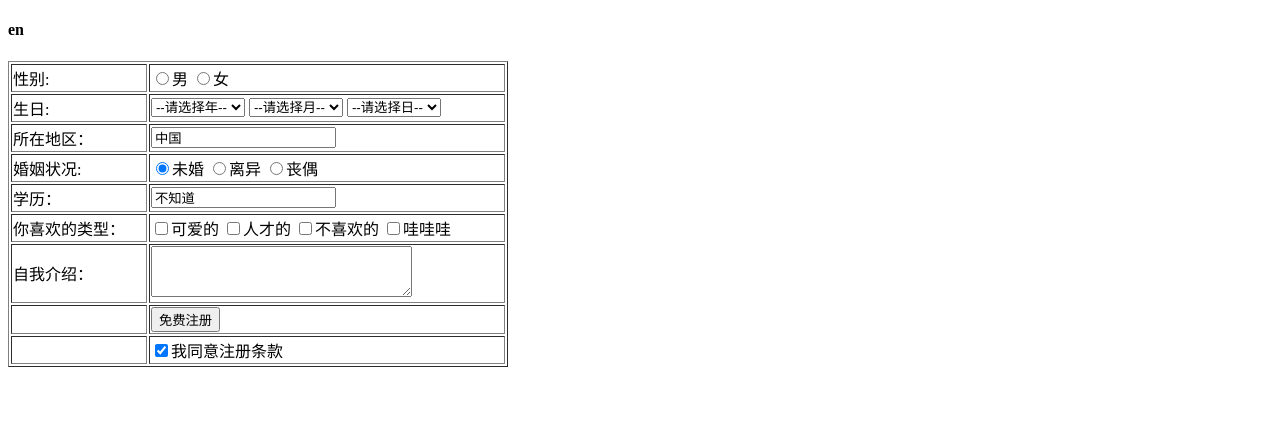
Repository: Qwenicq/My_project
Page: html/HTML_learning/exampl.html
An editor plug-in stored every save of this project. The page is shown before and after the next save, followed by the edit.
The browser window is 1280 px wide. The pictures show the whole page.

Above is the page before, as saved 2023-03-29 22:03:41.

### html/HTML_learning/exampl.html
<!DOCTYPE html>
<html lang="zh-CN">
<head>
    <meta charset="UTF-8">
    <meta http-equiv="X-UA-Compatible" content="IE=edge">
    <meta name="viewport" content="width=device-width, initial-scale=1.0">
    <title>Document</title>
</head>
<body>
    <h4>en</h4>
    <table width="500" border="1">
        <tr>
            <td>性别:</td>
            <td>
                <input type="radio" name="sex" id="man"><label for="man">男</label>
                <input type="radio" name="sex" id="woman"><label for="woman">女</labelfor>
            </td>
        </tr>
        <tr>
            <td>生日:</td>
            <td>
                <select name="" id="">
                    <option value="">--请选择年--</option>
                    <option value="">2001</option>
                    <option value="">2002</option>
                    <option value="">2003</option>
                    <option value="">2004</option>
                </select>
                <select name="" id="">
                    <option value="">--请选择月--</option>
                    <option value="">1</option>
                    <option value="">2</option>
                    <option value="">3</option>
                    <option value="">4</option>
                    <option value="">5</option>
                    <option value="">6</option>
                    <option value="">7</option>
                    <option value="">8</option>
                </select>
                <select name="" id="">
                    <option value="">--请选择日--</option>
                    <option value="">1</option>
                    <option value="">2</option>
                    <option value="">3</option>
                    <option value="">4</option>
                    <option value="">5</option>
                    <option value="">6</option>
                    <option value="">7</option>
                    <option value="">8</option>
                </select>
            </td>
        </tr>
        <tr>
            <td>所在地区：</td>
            <td><input type="text" value="中国"></td>
        </tr>
        <tr>
            <td>婚姻状况:</td>
            <td>
                <input type="radio" name="marry" id="weihun" checked><label for="weihun">未婚</label>
                <input type="radio" name="marry" id="liyi"><label for="liyi">离异</labelfor>
                <input type="radio" name="marry" id="sangou"><label for="sangou">丧偶</labelfor>
            </td>
        </tr>
        <tr>
            <td>学历：</td>
            <td><input type="text" value="不知道"></td>
        </tr>
        <tr>
            <td>你喜欢的类型：</td>
            <td>
                <input type="checkbox" name="love">可爱的
                <input type="checkbox" name="love">人才的
                <input type="checkbox" name="love">不喜欢的
                <input type="checkbox" name="love">哇哇哇
            </td>
        </tr>
        <tr>
            <td>自我介绍：</td>
            <td>
                <textarea name="" id="" cols="30" rows="3"></textarea>
            </td>
        </tr>
        <tr>
            <td></td>
            <td><input type="submit" value="免费注册"></td>
        </tr>
        <tr>

              <td></td>
              <td><input type="checkbox" checked="checked" value="">我同意注册条款</td>
        </tr>
    </table>
</body>
</html>

After the next save:
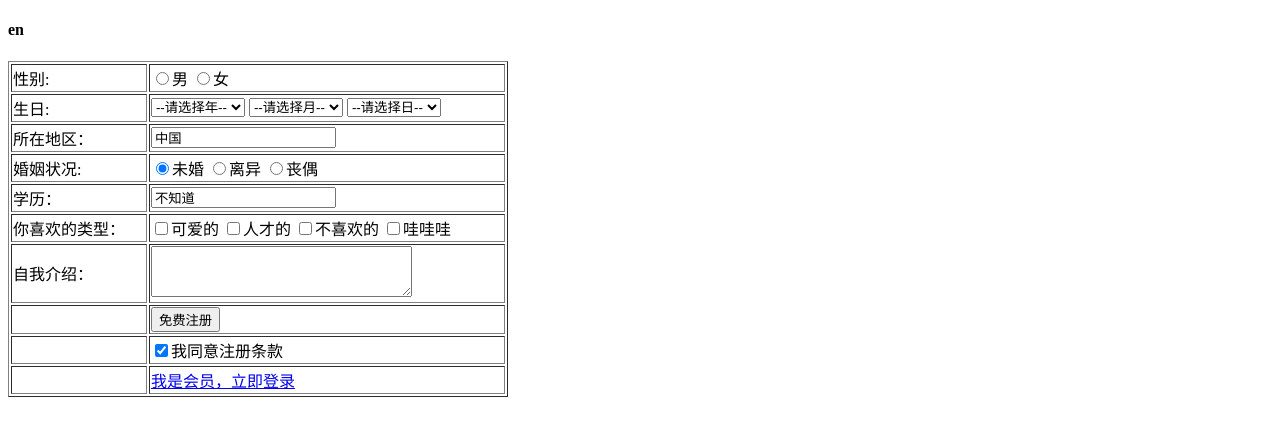
Saved 78 s later.
--- a/html/HTML_learning/exampl.html
+++ b/html/HTML_learning/exampl.html
@@ -90,6 +90,12 @@
               <td></td>
               <td><input type="checkbox" checked="checked" value="">我同意注册条款</td>
         </tr>
+        <tr>
+            <td></td>
+            <td>
+                <a href="#"> 我是会员，立即登录</a>
+            </td>
+        </tr>
     </table>
 </body>
 </html>
